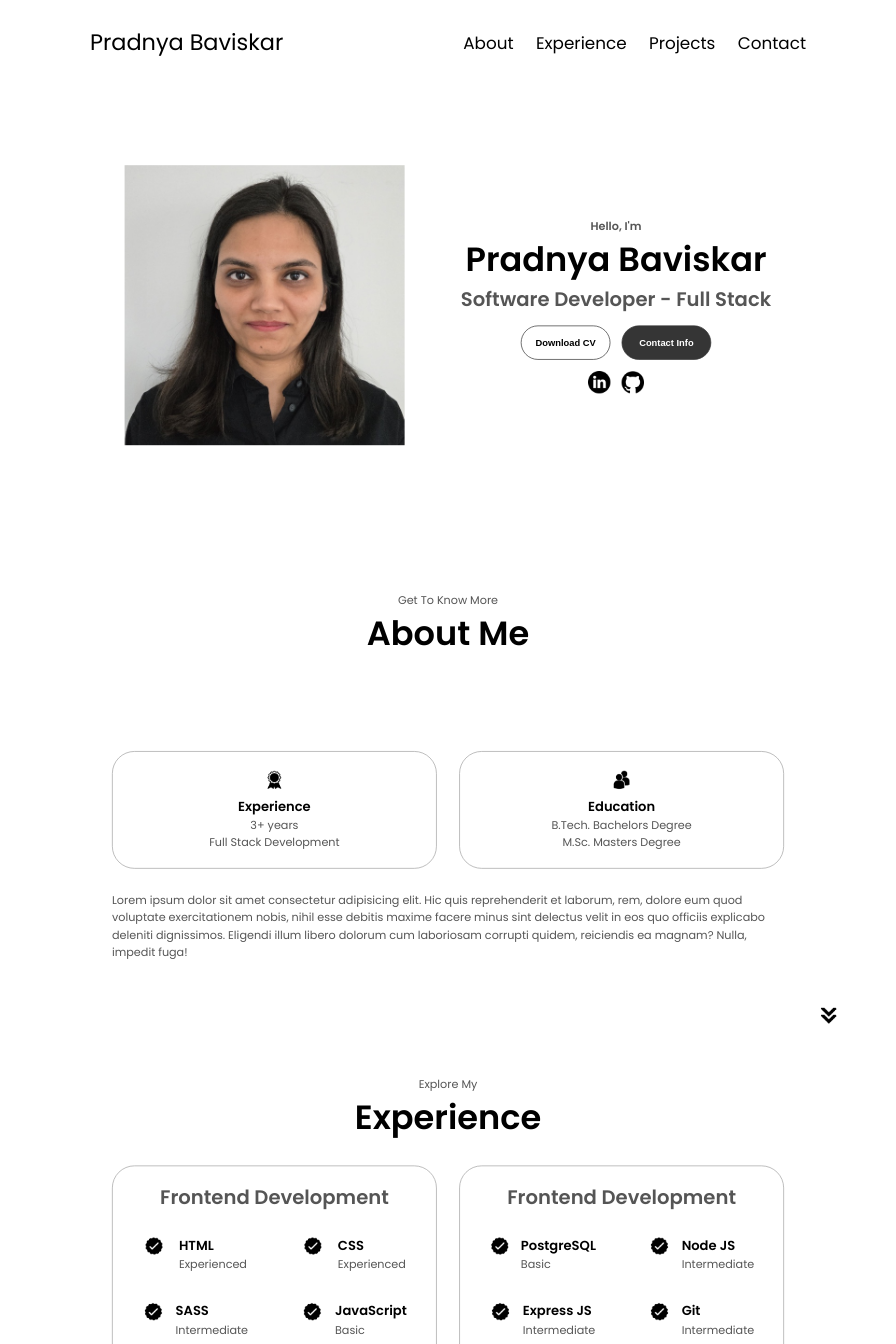
Repository: Pradnya-07/Portfolio-Pradnya
Page: index.html
The author's editor kept a copy of each file at every save. The page is drawn from the files as they stood at one save, then again after the next save.
The browser window is 1280 px wide. The pictures show the part of the page from y = 0 to 1920 px (the page is 4127 px tall), at 70% of full size.
A picture or video elsewhere on the page could not be fetched, so the positions and the page height are approximate.

Above is the page before, as saved 2025-04-07 16:07:34.

### index.html
<!DOCTYPE html>
<html lang="en">
  <head>
    <meta charset="UTF-8" />
    <meta http-equiv="X-UA-Compatible" content="IE=edge" />
    <meta name="viewport" content="width=device-width, initial-scale=1.0" />
    <title>My Portfolio</title>
    <link rel="stylesheet" href="style.css" />
    <link rel="stylesheet" href="mediaqueries.css" />
  </head>
  <body>
    <nav id="desktop-nav">
      <div class="logo">Pradnya Baviskar</div>
      <div>
        <ul class="nav-links">
          <li><a href="#about">About</a></li>
          <li><a href="#experience">Experience</a></li>
          <li><a href="#projects">Projects</a></li>
          <li><a href="#contact">Contact</a></li>
        </ul>
      </div>
    </nav>
    <nav id="hamburger-nav">
      <div class="logo">Pradnya Baviskar</div>
      <div class="hamburger-menu">
        <div class="hamburger-icon" onclick="toggleMenu()">
          <span></span>
          <span></span>
          <span></span>
        </div>
        <div class="menu-links">
          <li><a href="#about" onclick="toggleMenu()">About</a></li>
          <li><a href="#experience" onclick="toggleMenu()">Experience</a></li>
          <li><a href="#projects" onclick="toggleMenu()">Projects</a></li>
          <li><a href="#contact" onclick="toggleMenu()">Contact</a></li>
        </div>
      </div>
    </nav>
    <section id="profile">
      <div class="section__pic-container">
        <img src="./assets/profile-pic.JPG" alt="Pradnya Baviskar profile picture" />
      </div>
      <div class="section__text">
        <p class="section__text__p1">Hello, I'm</p>
        <h1 class="title">Pradnya Baviskar</h1>
        <p class="section__text__p2">Software Developer - Full Stack</p>
        <div class="btn-container">
          <button
            class="btn btn-color-2"
            onclick="window.open('./assets/resume-example.pdf')"
          >
            Download CV
          </button>
          <button class="btn btn-color-1" onclick="location.href='./#contact'">
            Contact Info
          </button>
        </div>
        <div id="socials-container">
          <img
            src="./assets/linkedin.png"
            alt="My LinkedIn profile"
            class="icon"
            onclick="location.href='https://linkedin.com/'"
          />
          <img
            src="./assets/github.png"
            alt="My Github profile"
            class="icon"
            onclick="location.href='https://github.com/'"
          />
        </div>
      </div>
    </section>
    <section id="about">
      <p class="section__text__p1">Get To Know More</p>
      <h1 class="title">About Me</h1>
      <div class="section-container">

        <div class="about-details-container">
          <div class="about-containers">
            <div class="details-container">
              <img
                src="./assets/experience.png"
                alt="Experience icon"
                class="icon"
              />
              <h3>Experience</h3>
              <p>3+ years <br />Full Stack Development</p>
            </div>
            <div class="details-container">
              <img
                src="./assets/education.png"
                alt="Education icon"
                class="icon"
              />
              <h3>Education</h3>
              <p>B.Tech. Bachelors Degree<br />M.Sc. Masters Degree</p>
            </div>
          </div>
          <div class="text-container">
            <p>
              Lorem ipsum dolor sit amet consectetur adipisicing elit. Hic quis
              reprehenderit et laborum, rem, dolore eum quod voluptate
              exercitationem nobis, nihil esse debitis maxime facere minus sint
              delectus velit in eos quo officiis explicabo deleniti dignissimos.
              Eligendi illum libero dolorum cum laboriosam corrupti quidem,
              reiciendis ea magnam? Nulla, impedit fuga!
            </p>
          </div>
        </div>
      </div>
      <img
        src="./assets/arrow.png"
        alt="Arrow icon"
        class="icon arrow"
        onclick="location.href='./#experience'"
      />
    </section>
    <section id="experience">
      <p class="section__text__p1">Explore My</p>
      <h1 class="title">Experience</h1>
      <div class="experience-details-container">
        <div class="about-containers">
          <div class="details-container">
            <h2 class="experience-sub-title">Frontend Development</h2>
            <div class="article-container">
              <article>
                <img
                  src="./assets/checkmark.png"
                  alt="Experience icon"
                  class="icon"
                />
                <div>
                  <h3>HTML</h3>
                  <p>Experienced</p>
                </div>
              </article>
              <article>
                <img
                  src="./assets/checkmark.png"
                  alt="Experience icon"
                  class="icon"
                />
                <div>
                  <h3>CSS</h3>
                  <p>Experienced</p>
                </div>
              </article>
              <article>
                <img
                  src="./assets/checkmark.png"
                  alt="Experience icon"
                  class="icon"
                />
                <div>
                  <h3>SASS</h3>
                  <p>Intermediate</p>
                </div>
              </article>
              <article>
                <img
                  src="./assets/checkmark.png"
                  alt="Experience icon"
                  class="icon"
                />
                <div>
                  <h3>JavaScript</h3>
                  <p>Basic</p>
                </div>
              </article>
              <article>
                <img
                  src="./assets/checkmark.png"
                  alt="Experience icon"
                  class="icon"
                />
                <div>
                  <h3>TypeScript</h3>
                  <p>Basic</p>
                </div>
              </article>
              <article>
                <img
                  src="./assets/checkmark.png"
                  alt="Experience icon"
                  class="icon"
                />
                <div>
                  <h3>Material UI</h3>
                  <p>Intermediate</p>
                </div>
              </article>
            </div>
          </div>
          <div class="details-container">
            <h2 class="experience-sub-title">Frontend Development</h2>
            <div class="article-container">
              <article>
                <img
                  src="./assets/checkmark.png"
                  alt="Experience icon"
                  class="icon"
                />
                <div>
                  <h3>PostgreSQL</h3>
                  <p>Basic</p>
                </div>
              </article>
              <article>
                <img
                  src="./assets/checkmark.png"
                  alt="Experience icon"
                  class="icon"
                />
                <div>
                  <h3>Node JS</h3>
                  <p>Intermediate</p>
                </div>
              </article>
              <article>
                <img
                  src="./assets/checkmark.png"
                  alt="Experience icon"
                  class="icon"
                />
                <div>
                  <h3>Express JS</h3>
                  <p>Intermediate</p>
                </div>
              </article>
              <article>
                <img
                  src="./assets/checkmark.png"
                  alt="Experience icon"
                  class="icon"
                />
                <div>
                  <h3>Git</h3>
                  <p>Intermediate</p>
                </div>
              </article>
            </div>
          </div>
        </div>
      </div>
      <img
        src="./assets/arrow.png"
        alt="Arrow icon"
        class="icon arrow"
        onclick="location.href='./#projects'"
      />
    </section>
    <section id="projects">
      <p class="section__text__p1">Browse My Recent</p>
      <h1 class="title">Projects</h1>
      <div class="experience-details-container">
        <div class="about-containers">
          <div class="details-container color-container">
            <div class="article-container">
              <img
                src="./assets/project-1.png"
                alt="Project 1"
                class="project-img"
              />
            </div>
            <h2 class="experience-sub-title project-title">Project One</h2>
            <div class="btn-container">
              <button
                class="btn btn-color-2 project-btn"
                onclick="location.href='https://github.com/'"
              >
                Github
              </button>
              <button
                class="btn btn-color-2 project-btn"
                onclick="location.href='https://github.com/'"
              >
                Live Demo
              </button>
            </div>
          </div>
          <div class="details-container color-container">
            <div class="article-container">
              <img
                src="./assets/project-2.png"
                alt="Project 2"
                class="project-img"
              />
            </div>
            <h2 class="experience-sub-title project-title">Project Two</h2>
            <div class="btn-container">
              <button
                class="btn btn-color-2 project-btn"
                onclick="location.href='https://github.com/'"
              >
                Github
              </button>
              <button
                class="btn btn-color-2 project-btn"
                onclick="location.href='https://github.com/'"
              >
                Live Demo
              </button>
            </div>
          </div>
          <div class="details-container color-container">
            <div class="article-container">
              <img
                src="./assets/project-3.png"
                alt="Project 3"
                class="project-img"
              />
            </div>
            <h2 class="experience-sub-title project-title">Project Three</h2>
            <div class="btn-container">
              <button
                class="btn btn-color-2 project-btn"
                onclick="location.href='https://github.com/'"
              >
                Github
              </button>
              <button
                class="btn btn-color-2 project-btn"
                onclick="location.href='https://github.com/'"
              >
                Live Demo
              </button>
            </div>
          </div>
        </div>
      </div>
      <img
        src="./assets/arrow.png"
        alt="Arrow icon"
        class="icon arrow"
        onclick="location.href='./#contact'"
      />
    </section>
    <section id="contact">
      <p class="section__text__p1">Get in Touch</p>
      <h1 class="title">Contact Me</h1>
      <div class="contact-info-upper-container">
        <div class="contact-info-container">
          <img
            src="./assets/email.png"
            alt="Email icon"
            class="icon contact-icon email-icon"
          />
          <p><a href="mailto:pradnyabaviskar56p@gmail.com">pradnyabaviskar56p@gmail.com</a></p>
        </div>
        <div class="contact-info-container">
          <img
            src="./assets/linkedin.png"
            alt="LinkedIn icon"
            class="icon contact-icon"
          />
          <p><a href="https://www.linkedin.com">LinkedIn</a></p>
        </div>
      </div>
    </section>
    <footer>
      <nav>
        <div class="nav-links-container">
          <ul class="nav-links">
            <li><a href="#about">About</a></li>
            <li><a href="#experience">Experience</a></li>
            <li><a href="#projects">Projects</a></li>
            <li><a href="#contact">Contact</a></li>
          </ul>
        </div>
      </nav>
      <p>Copyright &#169; 2025 Pradnya Baviskar. All Rights Reserved.</p>
    </footer>
    <script src="script.js"></script>
  </body>
</html>

### style.css
/* GENERAL */

@import url("https://fonts.googleapis.com/css2?family=Poppins:wght@300;400;500;600&display=swap");

* {
  margin: 0;
  padding: 0;
}

body {
  font-family: "Poppins", sans-serif;
}

html {
  scroll-behavior: smooth;
}

p {
  color: rgb(85, 85, 85);
}

/* TRANSITION */

a,
.btn {
  transition: all 300ms ease;
}

/* DESKTOP NAV */

nav,
.nav-links {
  display: flex;
}

nav {
  justify-content: space-around;
  align-items: center;
  height: 17vh;
}

.nav-links {
  gap: 2rem;
  list-style: none;
  font-size: 1.5rem;
}

a {
  color: black;
  text-decoration: none;
  text-decoration-color: white;
}

a:hover {
  color: grey;
  text-decoration: underline;
  text-underline-offset: 1rem;
  text-decoration-color: rgb(181, 181, 181);
}

.logo {
  font-size: 2rem;
}

.logo:hover {
  cursor: default;
}

/* HAMBURGER MENU */

#hamburger-nav {
  display: none;
}

.hamburger-menu {
  position: relative;
  display: inline-block;
}

.hamburger-icon {
  display: flex;
  flex-direction: column;
  justify-content: space-between;
  height: 24px;
  width: 30px;
  cursor: pointer;
}

.hamburger-icon span {
  width: 100%;
  height: 2px;
  background-color: black;
  transition: all 0.3 ease-in-out;
}

.menu-links {
  position: absolute;
  top: 100%;
  right: 0;
  background-color: white;
  width: fit-content;
  max-height: 0;
  overflow: hidden;
  transition: all 0.3 ease-in-out;
}

.menu-links a {
  display: block;
  padding: 10px;
  text-align: center;
  font-size: 1.5rem;
  color: black;
  text-decoration: none;
  transition: all 0.3 ease-in-out;
}

.menu-links li {
  list-style: none;
}

.menu-links.open {
  max-height: 300px;
}

.hamburger-icon.open span:first-child {
  transform: rotate(45deg) translate(10px, 5px);
}

.hamburger-icon.open span:nth-child(2) {
  opacity: 0;
}

.hamburger-icon.open span:last-child {
  transform: rotate(-45deg) translate(10px, -5px);
}

.hamburger-icon span:first-child {
  transform: none;
}

.hamburger-icon span:first-child {
  opacity: 1;
}

.hamburger-icon span:first-child {
  transform: none;
}

/* SECTIONS */

section {
  padding-top: 4vh;
  height: 96vh;
  margin: 0 10rem;
  box-sizing: border-box;
  min-height: fit-content;
}

.section-container {
  display: flex;
}

/* PROFILE SECTION */

#profile {
  display: flex;
  justify-content: center;
  gap: 5rem;
  height: 80vh;
}

.section__pic-container {
  display: flex;
  height: 400px;
  width: 400px;
  margin: auto 0;
}

.section__text {
  align-self: center;
  text-align: center;
}

.section__text p {
  font-weight: 600;
}

.section__text__p1 {
  text-align: center;
}

.section__text__p2 {
  font-size: 1.75rem;
  margin-bottom: 1rem;
}

.title {
  font-size: 3rem;
  text-align: center;
}

#socials-container {
  display: flex;
  justify-content: center;
  margin-top: 1rem;
  gap: 1rem;
}

/* ICONS */

.icon {
  cursor: pointer;
  height: 2rem;
}

/* BUTTONS */

.btn-container {
  display: flex;
  justify-content: center;
  gap: 1rem;
}

.btn {
  font-weight: 600;
  transition: all 300ms ease;
  padding: 1rem;
  width: 8rem;
  border-radius: 2rem;
}

.btn-color-1,
.btn-color-2 {
  border: rgb(53, 53, 53) 0.1rem solid;
}

.btn-color-1:hover,
.btn-color-2:hover {
  cursor: pointer;
}

.btn-color-1,
.btn-color-2:hover {
  background: rgb(53, 53, 53);
  color: white;
}

.btn-color-1:hover {
  background: rgb(0, 0, 0);
}

.btn-color-2 {
  background: none;
}

.btn-color-2:hover {
  border: rgb(255, 255, 255) 0.1rem solid;
}

.btn-container {
  gap: 1rem;
}

/* ABOUT SECTION */

#about {
  position: relative;
}

.about-containers {
  gap: 2rem;
  margin-bottom: 2rem;
  margin-top: 2rem;
}

.about-details-container {
  justify-content: center;
  flex-direction: column;
}

.about-containers,
.about-details-container {
  display: flex;
}

.about-pic {
  border-radius: 2rem;
}

.arrow {
  position: absolute;
  right: -5rem;
  bottom: 2.5rem;
}

.details-container {
  padding: 1.5rem;
  flex: 1;
  background: white;
  border-radius: 2rem;
  border: rgb(53, 53, 53) 0.1rem solid;
  border-color: rgb(163, 163, 163);
  text-align: center;
}

.section-container {
  gap: 4rem;
  height: 80%;
}

.section__pic-container {
  height: 400px;
  width: 400px;
  margin: auto 0;
}

/* EXPERIENCE SECTION */

#experience {
  position: relative;
}

.experience-sub-title {
  color: rgb(85, 85, 85);
  font-weight: 600;
  font-size: 1.75rem;
  margin-bottom: 2rem;
}

.experience-details-container {
  display: flex;
  justify-content: center;
  flex-direction: column;
}

.article-container {
  display: flex;
  text-align: initial;
  flex-wrap: wrap;
  flex-direction: row;
  gap: 2.5rem;
  justify-content: space-around;
}

article {
  display: flex;
  width: 10rem;
  justify-content: space-around;
  gap: 0.5rem;
}

article .icon {
  cursor: default;
}

/* PROJECTS SECTION */

#projects {
  position: relative;
}

.color-container {
  border-color: rgb(163, 163, 163);
  background: rgb(250, 250, 250);
}

.project-img {
  border-radius: 2rem;
  width: 90%;
  height: 90%;
}

.project-title {
  margin: 1rem;
  color: black;
}

.project-btn {
  color: black;
  border-color: rgb(163, 163, 163);
}

/* CONTACT */

#contact {
  display: flex;
  justify-content: center;
  flex-direction: column;
  height: 70vh;
}

.contact-info-upper-container {
  display: flex;
  justify-content: center;
  border-radius: 2rem;
  border: rgb(53, 53, 53) 0.1rem solid;
  border-color: rgb(163, 163, 163);
  background: (250, 250, 250);
  margin: 2rem auto;
  padding: 0.5rem;
}

.contact-info-container {
  display: flex;
  align-items: center;
  justify-content: center;
  gap: 0.5rem;
  margin: 1rem;
}

.contact-info-container p {
  font-size: larger;
}

.contact-icon {
  cursor: default;
}

.email-icon {
  height: 2.5rem;
}

/* FOOTER SECTION */

footer {
  height: 26vh;
  margin: 0 1rem;
}

footer p {
  text-align: center;
}

### mediaqueries.css
@media screen and (max-width: 1400px) {
  #profile {
    height: 83vh;
    margin-bottom: 6rem;
  }
  .about-containers {
    flex-wrap: wrap;
  }
  #contact,
  #projects {
    height: fit-content;
  }
}

@media screen and (max-width: 1200px) {
  #desktop-nav {
    display: none;
  }
  #hamburger-nav {
    display: flex;
  }
  #experience,
  .experience-details-container {
    margin-top: 2rem;
  }
  #profile,
  .section-container {
    display: block;
  }
  .arrow {
    display: none;
  }
  section,
  .section-container {
    height: fit-content;
  }
  section {
    margin: 0 5%;
  }
  .section__pic-container {
    width: 275px;
    height: 275px;
    margin: 0 auto 2rem;
  }
  .about-containers {
    margin-top: 0;
  }
}

@media screen and (max-width: 600px) {
  #contact,
  footer {
    height: 40vh;
  }
  #profile {
    height: 83vh;
    margin-bottom: 0;
  }
  article {
    font-size: 1rem;
  }
  footer nav {
    height: fit-content;
    margin-bottom: 2rem;
  }
  .about-containers,
  .contact-info-upper-container,
  .btn-container {
    flex-wrap: wrap;
  }
  .contact-info-container {
    margin: 0;
  }
  .contact-info-container p,
  .nav-links li a {
    font-size: 1rem;
  }
  .experience-sub-title {
    font-size: 1.25rem;
  }
  .logo {
    font-size: 1.5rem;
  }
  .nav-links {
    flex-direction: column;
    gap: 0.5rem;
    text-align: center;
  }
  .section__pic-container {
    width: auto;
    height: 46vw;
    justify-content: center;
  }
  .section__text__p2 {
    font-size: 1.25rem;
  }
  .title {
    font-size: 2rem;
  }
  .text-container {
    text-align: justify;
  }
}

Loaded but not shown: script.js (common file)

After the next save:
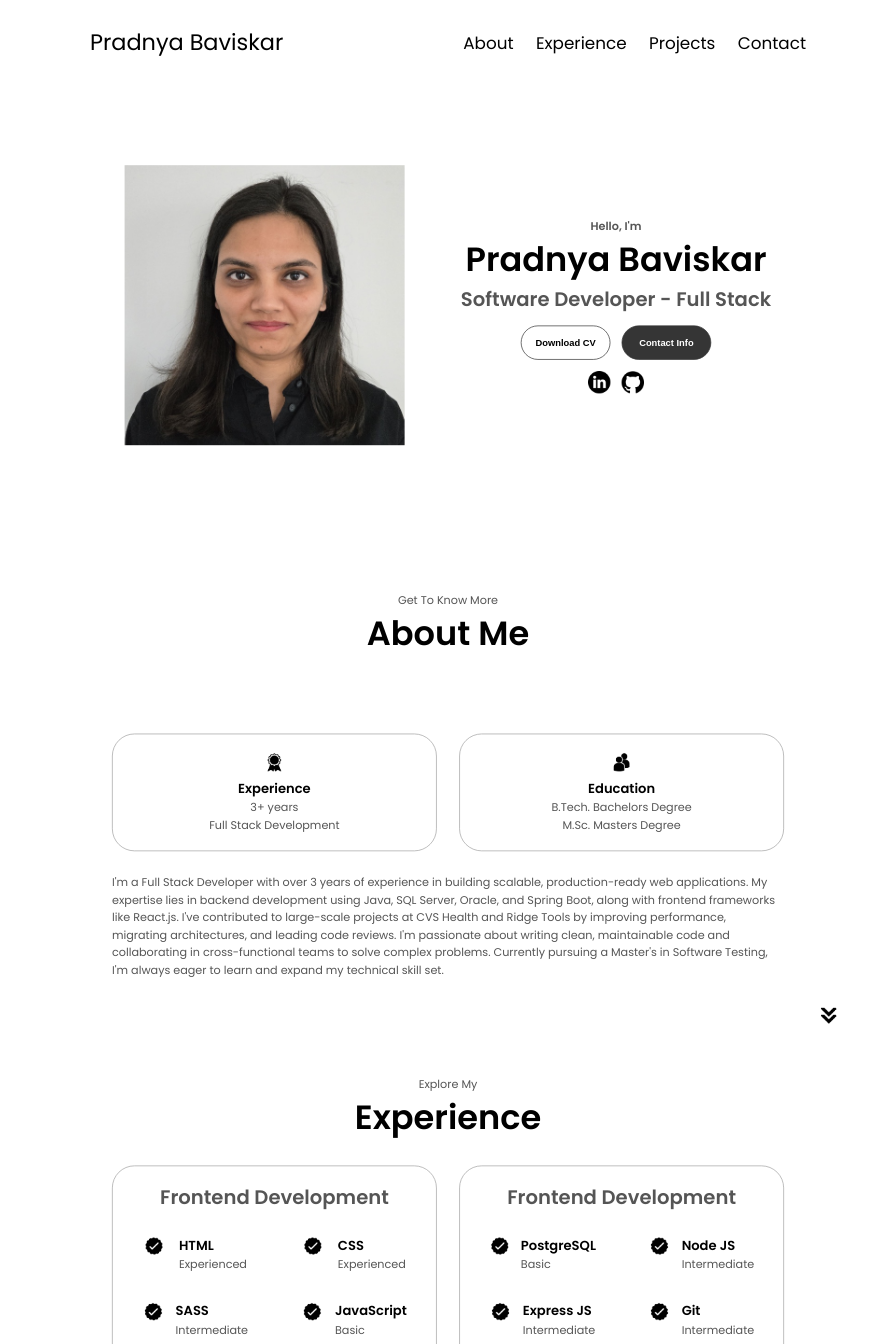
Saved 8 days later.
--- a/index.html
+++ b/index.html
@@ -99,12 +99,12 @@
           </div>
           <div class="text-container">
             <p>
-              Lorem ipsum dolor sit amet consectetur adipisicing elit. Hic quis
-              reprehenderit et laborum, rem, dolore eum quod voluptate
-              exercitationem nobis, nihil esse debitis maxime facere minus sint
-              delectus velit in eos quo officiis explicabo deleniti dignissimos.
-              Eligendi illum libero dolorum cum laboriosam corrupti quidem,
-              reiciendis ea magnam? Nulla, impedit fuga!
+              I'm a Full Stack Developer with over 3 years of experience in building scalable, production-ready web applications.
+              My expertise lies in backend development using Java, SQL Server, Oracle, and Spring Boot, along with frontend frameworks like React.js.
+              I've contributed to large-scale projects at CVS Health and Ridge Tools by improving performance, migrating architectures, and leading code reviews.
+               I'm passionate about writing clean, maintainable code and collaborating in cross-functional teams to solve complex problems.
+              Currently pursuing a Master's in Software Testing,
+              I'm always eager to learn and expand my technical skill set.
             </p>
           </div>
         </div>
